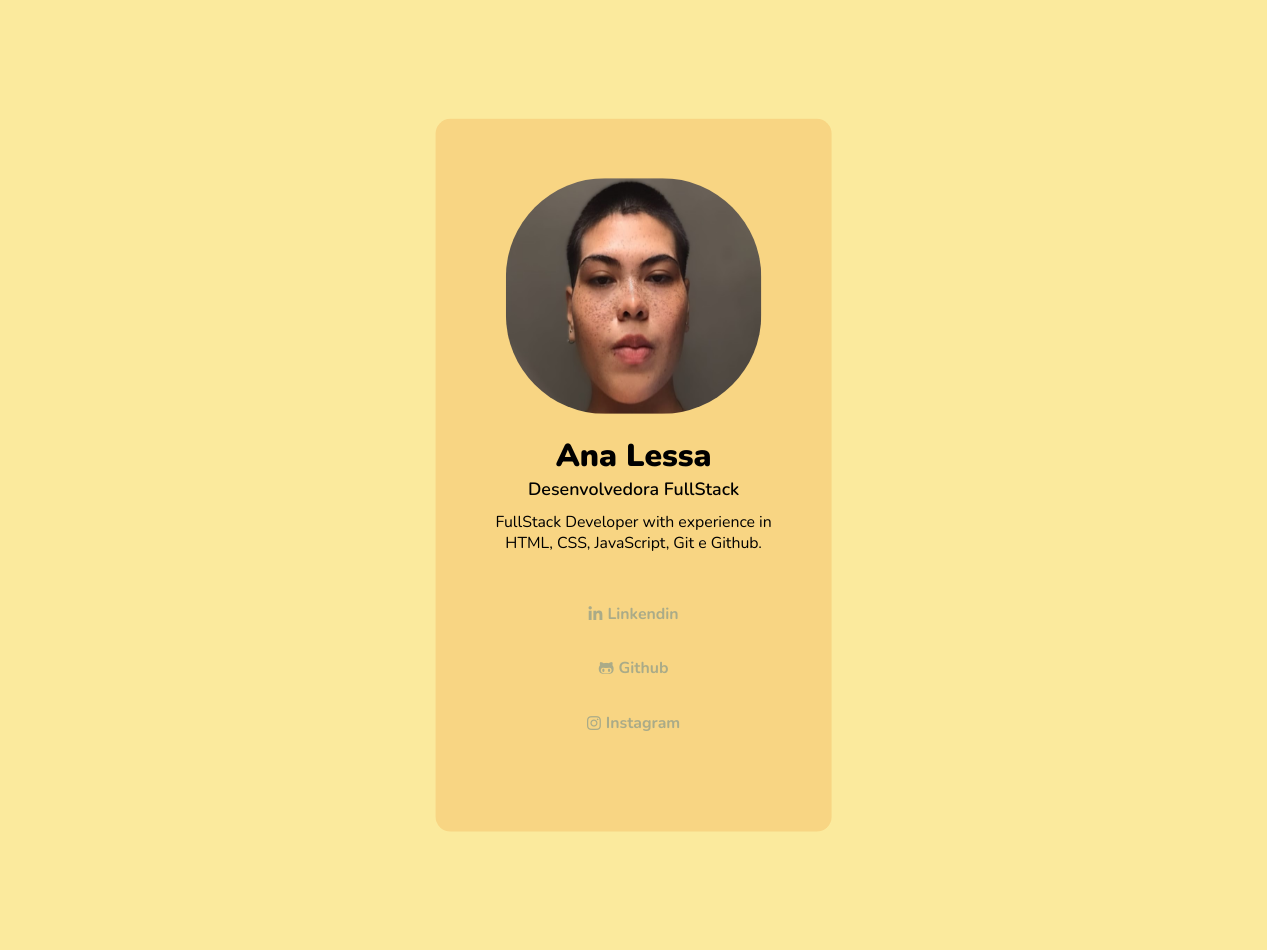
Repository: analessp/linktree
Page: index.html
These files come from the project's save history. The page is drawn as it stood at one moment and after the next save; the edit follows.
The browser window is 1280 px wide. The pictures show the whole page, at 99% of full size.

Above is the page before, as saved 2025-04-11 11:03:04.

After the next save:
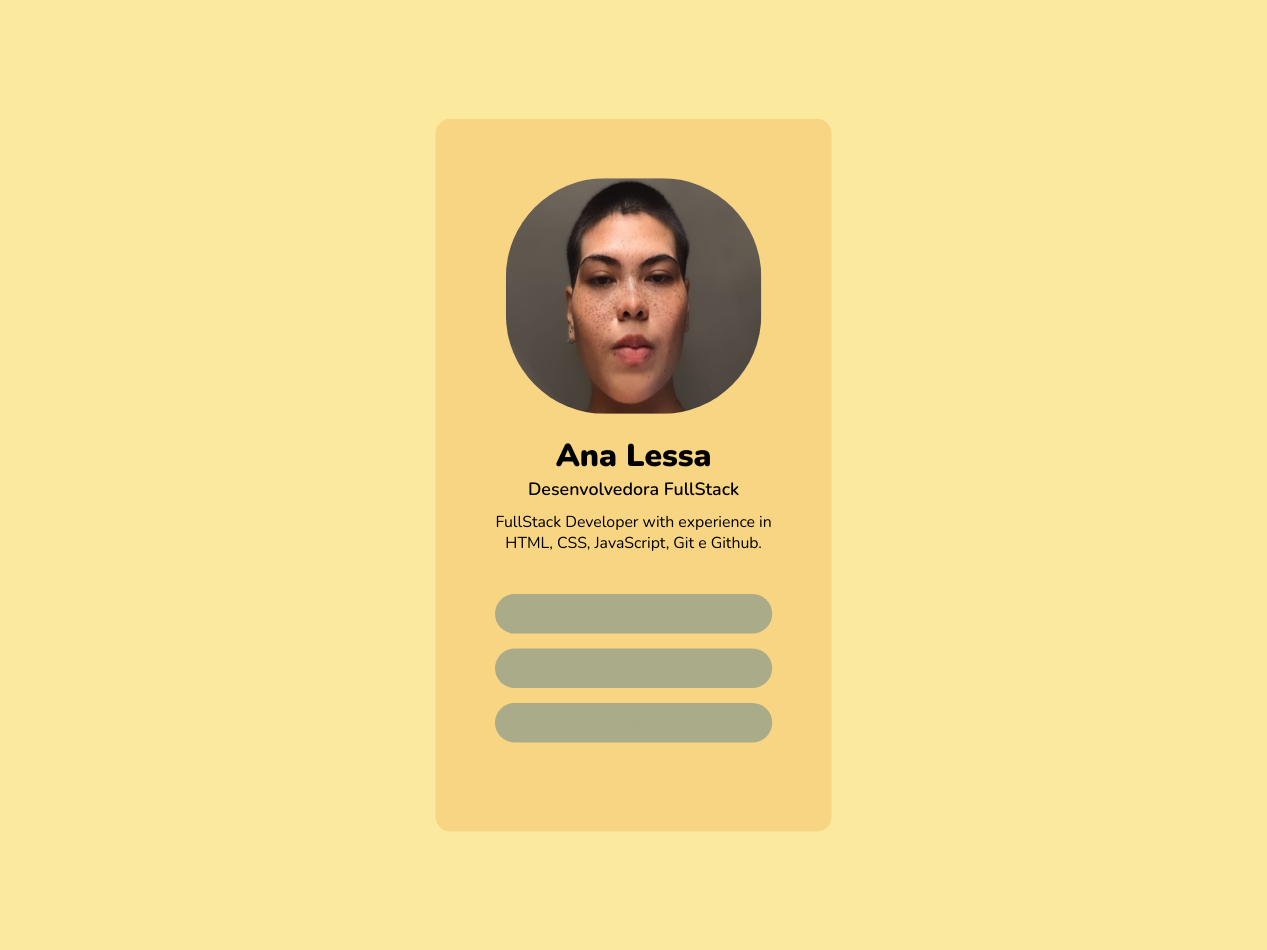
Saved 4 s later.
--- a/style.css
+++ b/style.css
@@ -60,7 +60,7 @@ margin-bottom: 10px;
     align-items: center;
     width: 280px;
     height: 40px;
-    background-color: ##aaab88;
+    background-color: #aaab88;
     margin: 15px 0;
     padding: 8px 0;
     border-radius: 20px;
